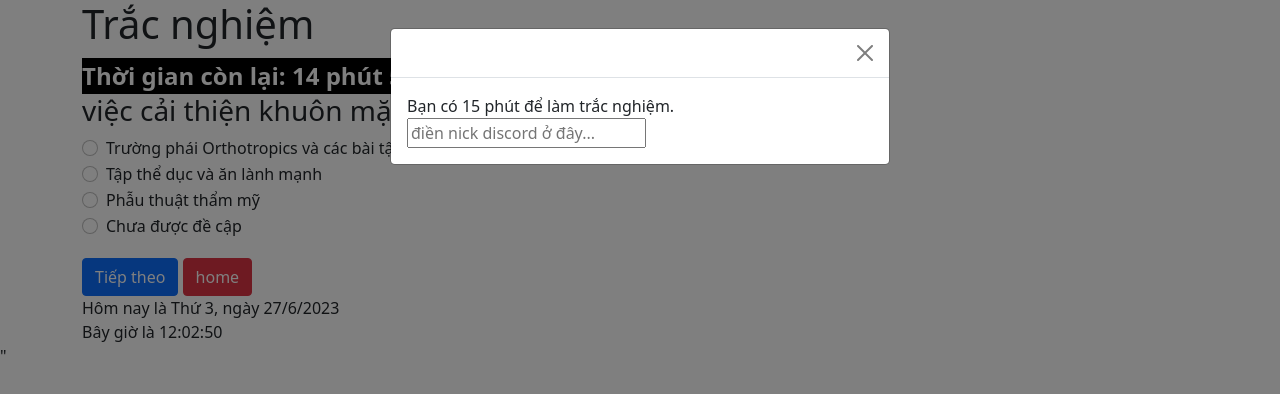
Repository: tran-thien-nhan/quiz_tlln
Page: men_advantage_quiz.html
These files come from the project's save history. The page is drawn as it stood at one moment and after the next save; the edit follows.
The browser window is 1280 px wide. The pictures show the whole page.

Above is the page before, as saved 2023-06-28 12:59:31.

### men_advantage_quiz.html
<!DOCTYPE html>
<html lang="en">

<head>
    <meta charset="UTF-8">
    <meta name="viewport" content="width=device-width, initial-scale=1.0">
    <title>Trắc nghiệm</title>
    <link rel="stylesheet" href="https://cdnjs.cloudflare.com/ajax/libs/bootstrap/5.0.2/css/bootstrap.min.css">
    <style>
        .question {
            margin-bottom: 20px;
        }
    </style>
</head>

<body>
    <div class="container">
        <h1>Trắc nghiệm</h1>
        <div id="timeclock"></div>
        <span id="timeTaken"></span>
        <span style="color: blue; font-weight: bold; font-size: 1rem;" id="username"></span>
        <div class="question" id="questionContainer">
            <h3 id="question"></h3>
            <img src="" alt="" id="image" style="display: none; width: 30rem; height: 20rem;">
            <!-- Thêm thẻ <img> để hiển thị hình ảnh -->
            <div class="form-check">
                <input class="form-check-input" type="radio" name="answer" id="answer1">
                <label class="form-check-label" for="answer1" id="answerText1"></label>
            </div>
            <div class="form-check">
                <input class="form-check-input" type="radio" name="answer" id="answer2">
                <label class="form-check-label" for="answer2" id="answerText2"></label>
            </div>
            <div class="form-check">
                <input class="form-check-input" type="radio" name="answer" id="answer3">
                <label class="form-check-label" for="answer3" id="answerText3"></label>
            </div>
            <div class="form-check">
                <input class="form-check-input" type="radio" name="answer" id="answer4">
                <label class="form-check-label" for="answer4" id="answerText4"></label>
            </div>
            <span id="result"></span>
        </div>

        <button class="btn btn-primary" id="nextButton">Tiếp theo</button>
        <span id="score"></span>
        <a href="quiz.html" class="btn btn-danger" id="home">home</a>
        <div>
            <span id="date"></span><br>
            <span id="time"></span>
        </div>

    </div>

    <!-- Modal -->
    <div class="modal fade" id="myModal" tabindex="-1" aria-labelledby="exampleModalLabel" aria-hidden="true">
        <div class="modal-dialog">
            <div class="modal-content">
                <div class="modal-header">
                    <button type="button" class="btn-close" data-bs-dismiss="modal" aria-label="Close"></button>
                </div>
                <div class="modal-body">
                    Bạn có 15 phút để làm trắc nghiệm.
                    <input type="text" placeholder="điền nick discord ở đây...">
                </div>
            </div>
        </div>
    </div>

    <script src="https://cdnjs.cloudflare.com/ajax/libs/bootstrap/5.0.2/js/bootstrap.bundle.min.js"></script>
    <script>
        // Đọc câu hỏi từ tệp JSON
        fetch("men_advantage.json")
            .then(response => response.json())
            .then(data => {
                const questions = data.questions;

                // Lấy ngẫu nhiên 20 câu hỏi
                const randomQuestions = getRandomElements(questions, 20);

                let currentQuestionIndex = 0;
                let score = 0;
                let timeRemaining = 900; // 15 phút * 60 giây = 900 giây
                let startTime, endTime;

                const questionContainer = document.getElementById("questionContainer");
                const questionElement = document.getElementById("question");
                const imageElement = document.getElementById("image");
                const answerTextElements = [
                    document.getElementById("answerText1"),
                    document.getElementById("answerText2"),
                    document.getElementById("answerText3"),
                    document.getElementById("answerText4")
                ];
                const resultElement = document.getElementById("result");
                const nextButton = document.getElementById("nextButton");
                const scoreElement = document.getElementById("score");

                // Cập nhật câu hỏi và câu trả lời
                function updateQuestion() {
                    const question = randomQuestions[currentQuestionIndex];
                    questionElement.textContent = question.question;
                    resultElement.textContent = "";

                    // Kiểm tra xem câu hỏi có hình ảnh hay không
                    if (question.hasOwnProperty("image") && question.image !== "") {
                        imageElement.style.display = "block"; // Hiển thị thẻ <img>
                        imageElement.src = question.image; // Đặt đường dẫn hình ảnh
                    } else {
                        imageElement.style.display = "none"; // Ẩn thẻ <img> nếu không có hình ảnh
                    }

                    for (let i = 0; i < answerTextElements.length; i++) {
                        answerTextElements[i].textContent = question.choices[i];
                    }
                }

                // Kiểm tra câu trả lời
                function checkAnswer() {
                    const question = randomQuestions[currentQuestionIndex];
                    const selectedAnswer = document.querySelector('input[name="answer"]:checked');

                    if (selectedAnswer) {
                        const selectedAnswerText = selectedAnswer.nextElementSibling.textContent;

                        if (selectedAnswerText === question.correctAnswer) {
                            score += 1;
                            resultElement.textContent = "Đúng";
                            resultElement.style.color = "green";
                        } else {
                            resultElement.textContent = "Sai";
                            resultElement.style.color = "red";
                        }

                        setTimeout(() => {
                            currentQuestionIndex++;

                            if (currentQuestionIndex < randomQuestions.length) {
                                updateQuestion();
                                selectedAnswer.checked = false;
                                nextButton.disabled = true;
                                startTime = new Date();
                                setTimeout(() => {
                                    nextButton.disabled = false;
                                }, 200);
                            } else {
                                endTime = new Date();
                                clearInterval(timerInterval);
                                questionContainer.style.display = "none";
                                nextButton.style.display = "none";
                                const finalScore = (score / randomQuestions.length) * 10;
                                scoreElement.textContent = `Tổng điểm: ${finalScore.toFixed(1)}`;
                                scoreElement.style.display = "block";
                                scoreElement.style.fontWeight = "bold";

                                if (finalScore > 5) {
                                    scoreElement.style.color = "green"; // Màu xanh lá cây nếu tổng điểm lớn hơn 5
                                } else {
                                    scoreElement.style.color = "red"; // Màu đỏ nếu tổng điểm nhỏ hơn hoặc bằng 5
                                }

                                scoreElement.style.fontSize = "2rem";

                                if (timeRemaining === 0) {
                                    questionContainer.style.display = "none";
                                    nextButton.style.display = "none";
                                } else {
                                    questionContainer.style.display = "none";
                                    nextButton.style.display = "none";
                                    const minutes = Math.floor((15 * 60 - timeRemaining) / 60);
                                    const seconds = (15 * 60 - timeRemaining) % 60;
                                    const startTimeString = formatTime(startTime);
                                    const endTimeString = formatTime(endTime);
                                    const timeRange = `từ ${startTimeString} đến ${endTimeString}`;
                                    const timeMessage = `Bạn đã làm ${timeRange} vào ngày ${getCurrentDate()}`;
                                    timerElement.textContent = timeMessage;
                                    timerElement.style.backgroundColor = "white";
                                    timerElement.style.color = "blue";
                                    timerElement.style.fontSize = "1 rem";
                                }
                            }
                        }, 200);
                    }
                }

                // Xử lý sự kiện khi nhấn nút "Tiếp theo"
                nextButton.addEventListener("click", () => {
                    checkAnswer();
                });

                // Bắt đầu trắc nghiệm
                updateQuestion();

                // Đồng hồ đếm ngược
                const timerElement = document.createElement("div");
                timerElement.style.fontSize = "24px";
                timerElement.style.fontWeight = "bold";
                timerElement.style.marginTop = "10px";
                timerElement.style.textAlign = "center";
                timerElement.style.color = "white";
                timerElement.style.backgroundColor = "black";
                timerElement.style.width = "fit-content";
                timeclock.appendChild(timerElement);

                const timerInterval = setInterval(() => {
                    timeRemaining--;
                    const minutes = Math.floor(timeRemaining / 60);
                    const seconds = timeRemaining % 60;
                    timerElement.textContent = `Thời gian còn lại: ${minutes} phút ${seconds} giây`;

                    if (timeRemaining === 0) {
                        endTime = new Date();
                        clearInterval(timerInterval);
                        questionContainer.style.display = "none";
                        nextButton.style.display = "none";
                        const finalScore = (score / randomQuestions.length) * 10;
                        scoreElement.textContent = `Tổng điểm: ${finalScore.toFixed(1)}`;
                        scoreElement.style.display = "block";
                        scoreElement.style.fontWeight = "bold";
                        scoreElement.style.color = "red";
                        scoreElement.style.fontSize = "2rem";
                    }
                }, 1000);

                // Hiển thị modal thông báo
                const modal = new bootstrap.Modal(document.getElementById("myModal"));
                modal.show();

                // Tự động đóng modal sau 3 giây
                setTimeout(() => {
                    modal.hide();
                }, 20000);
            })
            .catch(error => {
                console.error("Error:", error);
            });

        // Hàm lấy ngẫu nhiên các phần tử từ một mảng
        function getRandomElements(array, numElements) {
            const shuffledArray = array.sort(() => Math.random() - 0.5);
            return shuffledArray.slice(0, numElements);
        }

        // Lấy đối tượng input và span tương ứng
        const inputElement = document.querySelector("#myModal input[type='text']");
        const usernameElement = document.querySelector("#username");

        // Xử lý sự kiện khi nhấn phím Enter trong ô input
        inputElement.addEventListener("keydown", function (event) {
            if (event.key === "Enter") {
                event.preventDefault(); // Ngăn chặn sự kiện mặc định của phím Enter
                const username = inputElement.value;
                usernameElement.textContent = `Nick: ${username}`;
                inputElement.disabled = true; // Vô hiệu hóa ô input sau khi đã nhập tên
            }
        });

        // Hiển thị thứ mấy, ngày tháng năm hiện tại
        const currentDate = new Date();
        const days = ["Chủ nhật", "Thứ 2", "Thứ 3", "Thứ 4", "Thứ 5", "Thứ 6", "Thứ 7"];
        const dayOfWeek = days[currentDate.getDay()];
        const date = currentDate.getDate();
        const month = currentDate.getMonth() + 1;
        const year = currentDate.getFullYear();
        document.getElementById("date").textContent = `Hôm nay là ${dayOfWeek}, ngày ${date}/${month}/${year}`;

        // Hiển thị giờ hiện tại
        function getCurrentTime() {
            const currentDateTime = new Date();
            const hours = currentDateTime.getHours();
            const minutes = currentDateTime.getMinutes();
            const seconds = currentDateTime.getSeconds();
            const timeString = `${hours.toString().padStart(2, "0")}:${minutes.toString().padStart(2, "0")}:${seconds.toString().padStart(2, "0")}`;
            document.getElementById("time").textContent = `Bây giờ là ${timeString}`;
        }

        // Cập nhật giờ hiện tại mỗi giây
        setInterval(getCurrentTime, 1000);

        // Hàm để format thời gian thành chuỗi "HH:MM:SS AM/PM"
        function formatTime(date) {
            const hours = date.getHours();
            const minutes = date.getMinutes();
            const seconds = date.getSeconds();
            let ampm = "AM";

            if (hours >= 12) {
                ampm = "PM";
            }

            const formattedHours = hours % 12 || 12;
            const formattedMinutes = minutes.toString().padStart(2, "0");
            const formattedSeconds = seconds.toString().padStart(2, "0");

            return `${formattedHours}:${formattedMinutes}:${formattedSeconds} ${ampm}`;
        }

        // Hàm để lấy ngày hiện tại dưới dạng chuỗi "dd/mm/yyyy"
        function getCurrentDate() {
            const currentDate = new Date();
            const day = currentDate.getDate().toString().padStart(2, "0");
            const month = (currentDate.getMonth() + 1).toString().padStart(2, "0");
            const year = currentDate.getFullYear().toString();

            return `${day}/${month}/${year}`;
        }
    </script>

</body>

</html>"

### men_advantage.json
{
    "questions": [
        {
            "question": "what is this ?",
            "image": "img/men_advantage/smv.webp",
            "choices": [
                "đồ thị SMV",
                "đồ thị simp lỏ",
                "đồ thị LGBT",
                "đồ thị kinh tế"
            ],
            "correctAnswer": "đồ thị SMV"
        },
        {
            "question": "Giai đoạn nào trong đời đàn ông cần đối mặt với nhiều thử thách và quyết định theo bài viết?",
            "image": "",
            "choices": [
                "Từ 18 đến 30 tuổi",
                "Từ 30 đến 40 tuổi",
                "Từ 40 đến 50 tuổi",
                "Từ 50 tuổi trở đi"
            ],
            "correctAnswer": "Từ 18 đến 30 tuổi"
        },
        {
            "question": "mục tiêu sống của đàn ông là gì?",
            "image": "",
            "choices": [
                "Cố gắng, kiến tạo và tiếp tục đứng vững trong giới hạn ý chí",
                "Có con đường tắt và 'kim bài miễn tử'",
                "Tránh mọi thử thách và quyết định",
                "Chưa được đề cập"
            ],
            "correctAnswer": "Cố gắng, kiến tạo và tiếp tục đứng vững trong giới hạn ý chí"
        },
        {
            "question": "thành công của đàn ông phụ thuộc vào điều gì?",
            "image": "",
            "choices": [
                "Hành động và quyết định của họ",
                "May mắn và sự thuận lợi",
                "Sự giúp đỡ từ người khác",
                "Tất cả các lựa chọn đều đúng"
            ],
            "correctAnswer": "Hành động và quyết định của họ"
        },
        {
            "question": "sự kiên nhẫn và chịu đựng quan trọng như thế nào?",
            "image": "",
            "choices": [
                "Không quan trọng",
                "Quan trọng để vượt qua khó khăn và đạt được thành công",
                "Chỉ quan trọng đối với phụ nữ",
                "Chưa được đề cập"
            ],
            "correctAnswer": "Quan trọng để vượt qua khó khăn và đạt được thành công"
        },
        {
            "question": "những hoạt động nào giúp tăng cơ và giảm tỉ lệ mỡ cơ thể?",
            "image": "",
            "choices": [
                "Ăn lành mạnh và tập gym",
                "Ăn nhiều và tập gym",
                "Ăn không lành mạnh và không tập gym",
                "Chưa được đề cập"
            ],
            "correctAnswer": "Ăn lành mạnh và tập gym"
        },
        {
            "question": "tỉ lệ mỡ thấp là chìa khóa để có khuôn mặt thu hút cho phái mạnh hay không?",
            "image": "",
            "choices": [
                "Đúng",
                "Sai",
                "Chưa được đề cập",
                "Không rõ"
            ],
            "correctAnswer": "Đúng"
        },
        {
            "question": "một body có mỡ cơ thể dưới 10% sẽ đưa vào top mấy đàn ông với khuôn mặt thu hút?",
            "image": "",
            "choices": [
                "Top 5%",
                "Top 10%",
                "Top 20%",
                "Top 50%"
            ],
            "correctAnswer": "Top 5%"
        },
        {
            "question": "điểm số trung bình mà một người đạt được chỉ bằng việc có thân hình săn chắc là bao nhiêu?",
            "image": "",
            "choices": [
                "5 điểm",
                "7 điểm",
                "10 điểm",
                "Chưa được đề cập"
            ],
            "correctAnswer": "5 điểm"
        },
        {
            "question": "việc cải thiện khuôn mặt có thể được đạt bằng cách nào?",
            "image": "",
            "choices": [
                "Trường phái Orthotropics và các bài tập cổ/vùng dưới cằm",
                "Tập thể dục và ăn lành mạnh",
                "Phẫu thuật thẩm mỹ",
                "Chưa được đề cập"
            ],
            "correctAnswer": "Trường phái Orthotropics và các bài tập cổ/vùng dưới cằm"
        },
        {
            "question": "điểm số mà một người có thể đạt sau khi cải thiện cả thân hình lẫn khuôn mặt là bao nhiêu?",
            "image": "",
            "choices": [
                "7 điểm",
                "8 điểm",
                "10 điểm",
                "Chưa được đề cập"
            ],
            "correctAnswer": "7 điểm"
        },
        {
            "question": "phụ nữ được xếp hạng cao hơn đàn ông dựa vào yếu tố gì?",
            "image": "",
            "choices": [
                "Ngoại hình",
                "Phẩm chất khác ngoài ngoại hình",
                "Sự hấp dẫn",
                "Chưa được đề cập"
            ],
            "correctAnswer": "Phẩm chất khác ngoài ngoại hình"
        },
        {
            "question": "điểm số 7/10 trong cuộc sống đánh giá vùng điểm nào?",
            "image": "",
            "choices": [
                "Điểm vàng",
                "Điểm bạc",
                "Điểm kim cương",
                "Chưa được đề cập"
            ],
            "correctAnswer": "Điểm vàng"
        },
        {
            "question": "để đạt điểm số 10/10, một người cần làm gì?",
            "image": "",
            "choices": [
                "Có ngoại hình hoàn hảo và phẩm chất nội tâm, ngoại tâm xuất sắc",
                "Cao 193cm, đẹp trai, giàu có và có thân hình hoàn hảo",
                "Có sự tự tin, kỹ năng lãnh đạo và giàu có",
                "Chưa được đề cập"
            ],
            "correctAnswer": "Có ngoại hình hoàn hảo và phẩm chất nội tâm, ngoại tâm xuất sắc"
        },
        {
            "question": "điểm số 10/10 tuyệt đối yêu cầu sự ảnh hưởng của yếu tố nào?",
            "image": "",
            "choices": [
                "Ngoại hình",
                "Tính cách",
                "Sự giàu có",
                "Trí tuệ"
            ],
            "correctAnswer": "Ngoại hình"
        },
        {
            "question": "điểm số 10/10 được đạt nhờ những phẩm chất nào?",
            "image": "",
            "choices": [
                "Tự tin, ăn mặc đẹp, vui tính, giàu có, khả năng lãnh đạo",
                "Kỹ năng hài hước, sự tự tin, trí tuệ, văn hóa",
                "Sức hút, khả năng lãnh đạo, giỏi về một lĩnh vực nào đó",
                "Chưa được đề cập"
            ],
            "correctAnswer": "Tự tin, ăn mặc đẹp, vui tính, giàu có, khả năng lãnh đạo"
        },
        {
            "question": "với điểm số 10/10, điều quan trọng là gì?",
            "image": "",
            "choices": [
                "Vẻ bề ngoài",
                "Phẩm chất nội tâm",
                "Cả hai đều quan trọng",
                "Chưa được đề cập"
            ],
            "correctAnswer": "Cả hai đều quan trọng"
        },
        {
            "question": "điểm số 10/10 không yêu cầu gì?",
            "image": "",
            "choices": [
                "Phải là người nhanh nhất",
                "Phải là người đầu tiên đạt đến đỉnh cao",
                "Phải chơi lá bài xấu một cách tốt nhất",
                "Chưa được đề cập"
            ],
            "correctAnswer": "Phải là người đầu tiên đạt đến đỉnh cao"
        },
        {
            "question": "những phẩm chất nào quan trọng cho đàn ông?",
            "image": "",
            "choices": [
                "Chiều cao, ngoại hình và kỹ năng xã hội",
                "Sự tử tế, tài chính và óc thông minh",
                "Sự giàu có, nhanh nhẹn và tự tin",
                "Chưa được đề cập"
            ],
            "correctAnswer": "Sự giàu có, nhanh nhẹn và tự tin"
        },
        {
            "question": "vấn đề gì có thể ngăn chặn một người đàn ông quen được một cô nàng cao giá?",
            "image": "",
            "choices": [
                "Chiều cao và ngoại hình",
                "Tài chính và tài sản",
                "Kỹ năng xã hội và phẩm chất khác",
                "Óc thông minh và sự tử tế"
            ],
            "correctAnswer": "Kỹ năng xã hội và phẩm chất khác"
        },
        {
            "question": "giá trị xã hội là gì?",
            "image": "",
            "choices": [
                "Một thuật ngữ mà mọi người đều hiểu rõ",
                "Sự triệt để tận dụng giá trị của phụ nữ",
                "Một thước đo tuyệt vời cho đàn ông",
                "Một hệ thống giá trị giả tạo"
            ],
            "correctAnswer": "Một thước đo tuyệt vời cho đàn ông"
        },
        {
            "question": "phụ nữ sẽ hẹn hò với ai?",
            "image": "",
            "choices": [
                "Gã trên cơ hoặc ngang cấp họ",
                "Bất kể người đàn ông nào",
                "Người có giá trị xã hội cao hơn",
                "Chưa được đề cập"
            ],
            "correctAnswer": "Gã trên cơ hoặc ngang cấp họ"
        },
        {
            "question": "giá trị xã hội làm gì cho đàn ông?",
            "image": "",
            "choices": [
                "Hỗ trợ sự tiến bộ",
                "Tạo sự đặc biệt và ca ngợi",
                "Xếp hạng xã hội và quan hệ",
                "Đánh giá mức độ thành công"
            ],
            "correctAnswer": "Hỗ trợ sự tiến bộ"
        },
        {
            "question": "giá trị xã hội sẽ làm gì nếu mày là một thằng thất bại vô dụng?",
            "image": "",
            "choices": [
                "Khen ngợi và ca tụng mày",
                "Phác hoạ sự thật và không ủng hộ mày",
                "Chưa được đề cập",
                "Xếp hạng cao hơn trong xã hội"
            ],
            "correctAnswer": "Phác hoạ sự thật và không ủng hộ mày"
        },
        {
            "question": "số 1 là gì?",
            "image": "img/men_advantage/cac_cap_bac_gia_tri_xh.png",
            "choices": [
                "đàn ông xuất chúng",
                "người nổi tiếng, tỷ phú",
                "ngoại hình hiếm có",
                "dân số chung"
            ],
            "correctAnswer": "người nổi tiếng, tỷ phú"
        },
        {
            "question": "số 2 là gì?",
            "image": "img/men_advantage/cac_cap_bac_gia_tri_xh.png",
            "choices": [
                "đàn ông xuất chúng",
                "người nổi tiếng, tỷ phú",
                "ngoại hình hiếm có",
                "dân số chung"
            ],
            "correctAnswer": "đàn ông xuất chúng"
        },
        {
            "question": "số 3 là gì?",
            "image": "img/men_advantage/cac_cap_bac_gia_tri_xh.png",
            "choices": [
                "gái 8-10 điểm",
                "người nổi tiếng, tỷ phú",
                "ngoại hình hiếm có",
                "dân số chung"
            ],
            "correctAnswer": "gái 8-10 điểm"
        },
        {
            "question": "số 4 là gì?",
            "image": "img/men_advantage/cac_cap_bac_gia_tri_xh.png",
            "choices": [
                "gái 8-10 điểm",
                "người nổi tiếng, tỷ phú",
                "đàn ông giàu có",
                "dân số chung"
            ],
            "correctAnswer": "đàn ông giàu có"
        },
        {
            "question": "số 5 là gì?",
            "image": "img/men_advantage/cac_cap_bac_gia_tri_xh.png",
            "choices": [
                "ngoại hình hiếm có",
                "người nổi tiếng, tỷ phú",
                "đàn ông giàu có",
                "dân số chung"
            ],
            "correctAnswer": "ngoại hình hiếm có"
        },
        {
            "question": "số 6 là gì?",
            "image": "img/men_advantage/cac_cap_bac_gia_tri_xh.png",
            "choices": [
                "ngoại hình hiếm có",
                "gái 6-7 điểm",
                "đàn ông giàu có",
                "dân số chung"
            ],
            "correctAnswer": "gái 6-7 điểm"
        },
        {
            "question": "số 7 là gì?",
            "image": "img/men_advantage/cac_cap_bac_gia_tri_xh.png",
            "choices": [
                "ngoại hình hiếm có",
                "gái 6-7 điểm",
                "đàn ông đẹp trai",
                "dân số chung"
            ],
            "correctAnswer": "đàn ông đẹp trai"
        },
        {
            "question": "số 8 là gì?",
            "image": "img/men_advantage/cac_cap_bac_gia_tri_xh.png",
            "choices": [
                "ngoại hình hiếm có",
                "gái 6-7 điểm",
                "đàn ông đẹp trai",
                "dân số chung"
            ],
            "correctAnswer": "dân số chung"
        }
    ]
}

### back.js
// Back button click event handler
document.getElementById("backButton").addEventListener("click", function () {
    window.history.back(); // Trở về trang trước đó
});

After the next save:
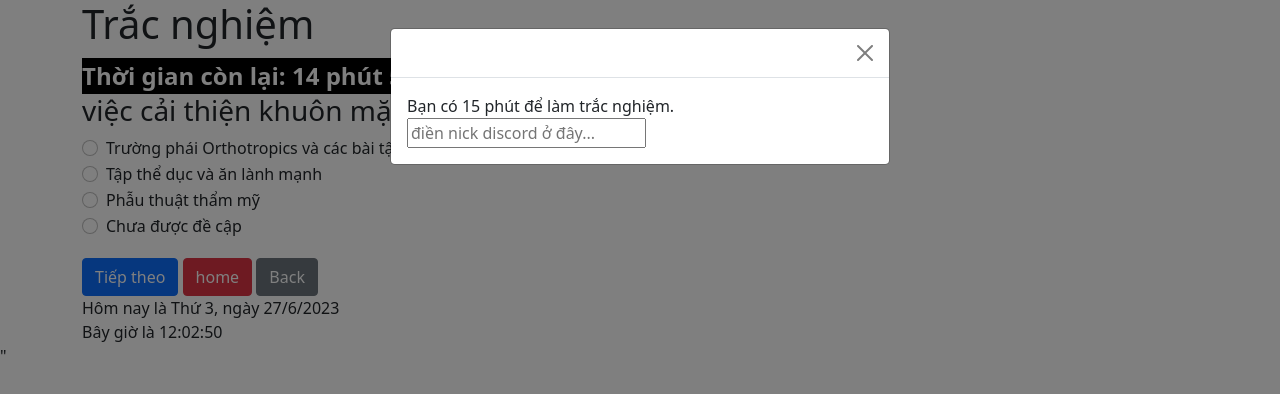
Saved 7 s later.
--- a/men_advantage_quiz.html
+++ b/men_advantage_quiz.html
@@ -45,6 +45,8 @@
         <button class="btn btn-primary" id="nextButton">Tiếp theo</button>
         <span id="score"></span>
         <a href="quiz.html" class="btn btn-danger" id="home">home</a>
+        <a id="backButton" class="btn btn-secondary">Back</a>
+        <script src="back.js"></script>
         <div>
             <span id="date"></span><br>
             <span id="time"></span>
